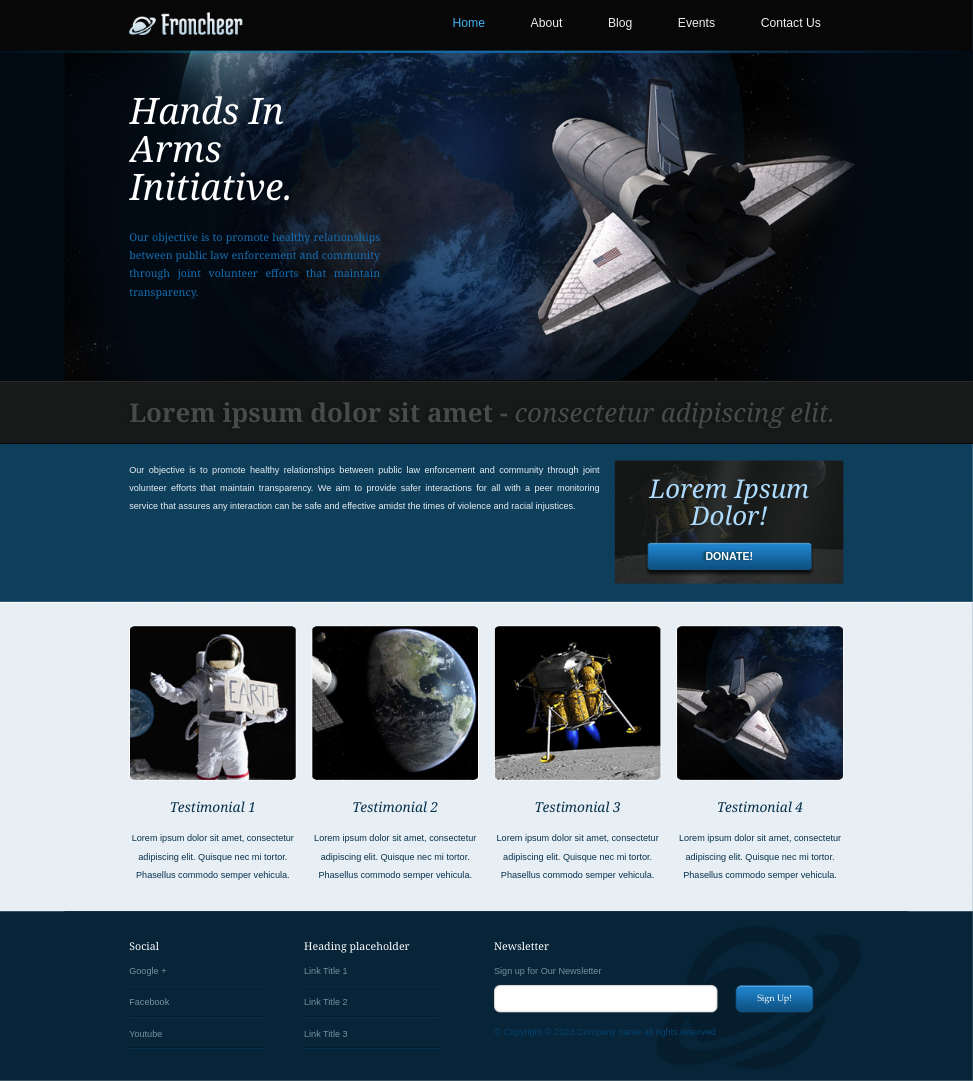
Repository: ojotosin/Hiai
Page: Hiai/index.html
The author's editor kept a copy of each file at every save. The page is drawn from the files as they stood at one save, then again after the next save.
The browser window is 1280 px wide. The pictures show the whole page, at 76% of full size.

Above is the page before, as saved 2022-06-30 22:15:44.

### Hiai/index.html
<!DOCTYPE html>
<!-- Website template by freewebsitetemplates.com -->
<html>
<head>
	<meta charset="UTF-8">
	<title>Hands In Arms Initiative</title>
	<link rel="stylesheet" href="css/style.css" type="text/css">
</head>
<body>
	<div id="header">
		<div class="wrapper clearfix">
			<div id="logo">
				<a href="index.html"><img src="images/logo.png" alt="LOGO"></a>
			</div>
			<ul id="navigation">
				<li class="selected">
					<a href="index.html">Home</a>
				</li>
				<li>
					<a href="about.html">About</a>
				</li>
				<li>
					<a href="blog.html">Blog</a>
				</li>
				<li>
					<a href="gallery.html">Events</a>
				</li>
				<li>
					<a href="contact.html">Contact Us</a>
				</li>
			</ul>
		</div>
	</div>
	<div id="contents">
		<div id="adbox">
			<div class="wrapper clearfix">
				<div class="info">
					<h1>Hands In Arms Initiative.</h1>
					<p>
						Our objective is to promote healthy relationships between public law enforcement and community through joint volunteer efforts that maintain transparency.
					</p>
				</div>
			</div>
			<div class="highlight">
				<h2>Lorem ipsum dolor sit amet - <i>consectetur adipiscing elit.</i></h2>
			</div>
		</div>
		<div class="body clearfix">
			<div class="click-here">
				<h1>Lorem Ipsum Dolor!</h1>
				<a href="index.html" class="btn2">Donate!</a>
			</div>
			<p style="font-size:12px;">
				Our objective is to promote healthy relationships between public law enforcement and community through joint volunteer efforts that maintain transparency. We aim to provide safer interactions for all with a peer monitoring service that assures any interaction can be safe and effective amidst the times of violence and racial injustices.
			</p>
		</div>
	</div>
	<div id="footer">
		<ul id="featured" class="wrapper clearfix">
			<li>
				<img src="images/astronaut.jpg" alt="Img" height="204" width="220">
				<h3><a href="blog.html">Testimonial 1</a></h3>
				<p>
					Lorem ipsum dolor sit amet, consectetur adipiscing elit. Quisque nec mi tortor. Phasellus commodo semper vehicula.
				</p>
			</li>
			<li>
				<img src="images/earth.jpg" alt="Img" height="204" width="220">
				<h3><a href="blog.html">Testimonial 2</a></h3>
				<p>
					Lorem ipsum dolor sit amet, consectetur adipiscing elit. Quisque nec mi tortor. Phasellus commodo semper vehicula.
				</p>
			</li>
			<li>
				<img src="images/spacecraft-small.jpg" alt="Img" height="204" width="220">
				<h3><a href="blog.html">Testimonial 3</a></h3>
				<p>
					Lorem ipsum dolor sit amet, consectetur adipiscing elit. Quisque nec mi tortor. Phasellus commodo semper vehicula.
				</p>
			</li>
			<li>
				<img src="images/space-shuttle.jpg" alt="Img" height="204" width="220">
				<h3><a href="blog.html">Testimonial 4</a></h3>
				<p>
					Lorem ipsum dolor sit amet, consectetur adipiscing elit. Quisque nec mi tortor. Phasellus commodo semper vehicula.
				</p>
			</li>
		</ul>
		<div class="body">
			<div class="wrapper clearfix">
				<div id="links">
					<div>
						<h4>Social</h4>
						<ul>
							<li>
								<a href="#" target="_blank">Google +</a>
							</li>
							<li>
								<a href="#" target="_blank">Facebook</a>
							</li>
							<li>
								<a href="#" target="_blank">Youtube</a>
							</li>
						</ul>
					</div>
					<div>
						<h4>Heading placeholder</h4>
						<ul>
							<li>
								<a href="index.html">Link Title 1</a>
							</li>
							<li>
								<a href="index.html">Link Title 2</a>
							</li>
							<li>
								<a href="index.html">Link Title 3</a>
							</li>
						</ul>
					</div>
				</div>
				<div id="newsletter">
					<h4>Newsletter</h4>
					<p>
						Sign up for Our Newsletter
					</p>
					<form action="index.html" method="post">
						<input type="text" value="">
						<input type="submit" value="Sign Up!">
					</form>
				</div>
				<p class="footnote">
					© Copyright © 2023.Company name all rights reserved
				</p>
			</div>
		</div>
	</div>
</body>
</html>

### Hiai/css/style.css
/* Website template by freewebsitetemplates.com */
@font-face {
	font-family: 'PTSerif-Caption';
	src: url('../fonts/PT_Serif-Caption-Web-Regular.eot');
	src: local('☺'), url('../fonts/PT_Serif-Caption-Web-Regular.woff') format('woff'), url('../fonts/PT_Serif-Caption-Web-Regular.ttf') format('truetype'), url('../fonts/PT_Serif-Caption-Web-Regular.svg') format('svg');
	font-weight: normal;
	font-style: normal;
}
body {
	background: url(../images/bg-body.jpg) repeat left top;
	font-family: Arial, Helvetica, sans-serif;
	min-width: 960px;
	margin: 0;
}
img {
	border: 0;
}
.wrapper {
	width: 960px;
	margin: 0 auto;
}
.clearfix:after {
	clear:both;
	content:"";
	display:block;
	height:1%;
	line-height:0;
	visibility:hidden;
}
/*------------------------------ HEADER ------------------------------*/
.btn1, .btn2, .btn3, #newsletter input {
	background: url(../images/interface.png) no-repeat;
}
.btn1, .btn2, .btn3 {
	color: #fdfdfd;
	display: inline-block;
	font-size: 14px;
	font-weight: bold;
	text-align: center;
	text-decoration: none;
	text-shadow: -3px 0 3px #053131;
	text-transform: uppercase;
}
.btn1 {
	background-position: 0 0;
	height: 34px;
	line-height: 34px;
	width: 202px;
	padding: 0 3px 9px;
}
.btn2 {
	background-position: 0 -53px;
	height: 37px;
	line-height: 37px;
	width: 216px;
	padding: 0 3px 8px;
}
.btn3 {
	background-position: 0 -108px;
	font: 22px/49px Georgia, "Times New Roman", Times, serif;
	height: 49px;
	width: 222px;
}
.btn1:hover {
	background-position: -222px 0;
}
.btn2:hover {
	background-position: -232px -53px;
}
.btn3:hover {
	background-position: -232px -108px;
}
/*------------------------------ HEADER ------------------------------*/
#header {
	background: url(../images/bg-header.png) repeat-x center top;
	height: 50px;
	padding: 16px 0 0;
	text-align: right;
}
/** Logo **/
#logo {
	float: left;
	display: inline-block;
	margin-left: 10px;
}
/** Navigation **/
#navigation {
	display: inline-block;
	height: 30px;
	list-style: none;
	margin: 0 10px;
	padding: 0;
*width: 516px; /** Needed for IE7 **/
}
#navigation li {
	float: left;
	margin: 0 30px;
}
#navigation li:first-child {
	margin-left: 0;
}
#navigation li a {
	color: #efefef;
	line-height: 30px;
	padding: 0;
	text-decoration: none;
}
#navigation li a:hover, #navigation li.selected a {
	color: #44b2f1;
}
/*------------------------------ CONTENTS ------------------------------*/
#contents {
	background: url(../images/bg-content.png) repeat-x center top;
	margin: 0 0 24px;
	padding: 56px 0 0;
}
#contents h1, #featured h3 {
	color: #fbfdfd;
	font: italic 34px Georgia, "Times New Roman", Times, serif;
	font-style: italic;
	margin: 0 0 18px;
}
#contents p {
	color: #e8eff4;
	font-size: 14px;
	line-height: 24px;
	margin: 0;
	padding: 0 0 30px;
	text-align: justify;
}
#contents p a {
	color: #e8eff4;
}
#contents p a:hover {
	color: #0aa3fa;
}
#contents p b {
	display: block;
}
#contents .body {
	width: 940px;
	margin: 0 auto;
	padding: 0 10px;
}
#contents .click-here {
	float: right;
	background: url(../images/spacecraft.jpg) no-repeat center top;
	display: inline-block;
	height: 162px;
	width: 301px;
	margin-left: 20px;
	text-align: center;
}
#contents .click-here h1 {
	color: #addcfe;
	font-style: italic;
	line-height: 36px;
	margin: 18px 0;
}
/** adbox **/
#adbox {
	background: #020a13 url(../images/bg-adbox.jpg) no-repeat center top;
	font-family: Georgia, "Times New Roman", Times, serif;
	min-height: 433px;
	margin: -56px 0 22px;
/** Needed for IE7 **/
*margin: 0;
*position: relative;
*top: -56px;
}
#adbox .wrapper {
	width: 940px;
	padding: 54px 10px 26px;
}
#adbox .info {
	height: 354px;
	width: 330px;
	overflow: hidden;
}
#adbox h1 {
	color: #ffffff;
	font-size: 48px;
	font-style: italic;
	line-height: 50px;
	margin-bottom: 30px;
}
#adbox p {
	color: #176eb0;
	font-size: 14px;
	line-height: 24px;
}
#adbox p a {
	color: #176eb0;
}
#adbox div.highlight {
	background: #171a1a url(../images/adbox-bg-heading.jpg) repeat-x left top;
	min-height: 82px;
	border-color: #000;
	border-style: solid none;
	border-width: 1px;
}
#adbox div.highlight h2 {
	color: #484b4b;
	font-size: 34px;
	line-height: 82px;
	width: 940px;
	margin: 0 auto;
	padding: 0 10px;
	text-shadow: -3px 0 3px #121413;
}
#adbox div.highlight h2 i {
	font-weight: normal;
}
/** main **/
.main {
	padding: 0 10px;
}
/** sidebar **/
#sidebar {
	float: right;
	width: 220px;
	margin: 0 10px 0 80px;
}
#sidebar ul {
	list-style: none;
	margin: 0 0 80px;
	padding: 0;
}
#sidebar > ul li {
	margin: 0 0 16px;
}
#sidebar > ul li img {
	border: 4px solid #fff;
	border-radius: 3px;
}
#sidebar > ul li a:hover {
	filter:alpha(opacity=80);
	opacity:0.8;
}
#sidebar .click-here {
	background: url(../images/spacecraft-dark.jpg) no-repeat center top;
	display: inline-block;
	height: 162px;
	width: 221px;
	margin-left: 20px;
	text-align: center;
}
/** time **/
.time {
	color: #2986bb;
	font-size: 12px;
}
/** list **/
.list {
	list-style: none;
	margin: 0;
	padding: 0;
}
.list li span.time {
	float: right;
	margin-top: 6px;
}
.list li h4 {
	color: #fbfdfd;
	font-size: 16px;
	line-height: 24px;
	margin: 0;
	text-transform: uppercase;
}
.list li {
	padding: 0 0 48px;
}
#contents .list li p {
	padding: 0;
}
.list li a.more {
	float: right;
	color: #34b0fb;
	display: inline-block;
	font-size: 14px;
}
.list li a.more:hover {
	color: #c3e9fe;
}
/** pagination **/
.pagination {
	display: inline-block;
	list-style: none;
	margin: 0;
	padding: 0;
}
.pagination li {
	float: left;
	font: 12px Arial, Helvetica, sans-serif;
	margin: 0 2px;
}
.pagination li a {
	color: #36b4fd;
	padding: 3px;
	text-decoration: none;
}
.pagination li a:hover, #pagination li.selected a {
	color: #95d3f9;
}
/** gallery **/
#gallery #sidebar, #contact #sidebar {
	margin-left: 10px;
}
#gallery .photos {
	margin: 0 0 20px;
}
#gallery .viewer {
	margin: 0 0 18px;
}
#gallery .photos > ul {
	background-color: #072a3e;
	display: inline-block;
	list-style: none;
	margin: 0;
	padding: 12px 15px;
}
#gallery .photos > ul li {
	float: left;
	margin: 0 9px;
	position: relative;
}
#gallery .photos > ul li a:hover span.cover {
	background-color: #e8eff4;
	display: block;
	height: 96px;
	width: 100%;
	opacity: 0.49;
	position: absolute;
	top: 0;
	left: 0;
}
/** Contact **/
#contact form {
	width: 709px;
}
#contact form ul {
	list-style: none;
	margin: 0;
	padding: 0;
}
#contact form ul li {
	display: inline-block;
	width: 100%;
	margin: 0 0 18px;
}
#contact form ul li > label {
	float: right;
	color: #e8eff4;
	display: inline-block;
	font: italic 14px/36px 'PTSerif-Caption';
	width: 230px;
}
#contact form ul li > label.msg {
	margin-bottom: 60px;
	padding-top: 80px;
}
#contact form ul li:hover > label {
	color: #2da6fc;
}
#contact textarea {
	float: left;
	background-color: #fff;
	color: #060606;
	font: 14px/36px Arial, Helvetica, sans-serif;
	height: 367px;
	width: 450px;
	border: 0;
	margin: 0 10px 0 0;
	padding-left: 10px;
	overflow: auto;
}
#contact form ul li div {
	display: inline-block;
	width: 225px;
	margin: 50px 0;
	padding-left: 5px;
}
#contact form ul li div label {
	color: #fcc43d;
	display: inline-block;
	font: 12px Arial, Helvetica, sans-serif;
	font-weight: normal;
}
#contact input[type='text'] {
	background-color: #fff;
	color: #060606;
	font: 14px/36px Arial, Helvetica, sans-serif;
	height: 36px;
	width: 440px;
	border: 0;
	margin-right: 10px;
	padding: 0 10px;
}
#contact input[type='checkbox'] {
	background-position: 0 0;
	height: 13px;
	width: 12px;
	border: 0;
	margin-left: 0;
	margin-right: 10px;
	padding: 0;
}
#contact input[type='submit'] {
	cursor: pointer;
	border: 0;
	margin-top: 3px;
	margin-left: 5px;
}
#contact div.checkbox label {
	cursor: pointer;
}
/*------------------------------ FOOTER ------------------------------*/
#footer {
	background-color: #e8eff4;
	border-top: 1px solid #fdfcfc;
}
#footer .body {
	background: #072438 url(../images/bg-footer.jpg) no-repeat center top;
	min-height: 136px;
	padding: 36px 0;
}
#footer h4 {
	color: #fff;
	font: normal 14px Georgia, "Times New Roman", Times, serif;
	margin: 0 0 12px;
}
#footer p {
	color: #7890a1;
	font-size: 12px;
	line-height: 24px;
	margin: 0;
	padding: 0 0 6px;
}
/** featured **/
#featured {
	display: block;
	list-style: none;
	width: 960px;
	margin: 0 auto;
	padding: 30px 0;
}
#featured li {
	float: left;
	width: 220px;
	margin: 0 10px;
	text-align: center;
}
#featured li h3 {
	color: #07304d;
	font-size: 18px;
	margin: 18px 0;
}
#featured li h3 a {
	color: #07304d;
	text-decoration: none;
}
#featured li h3 a:hover {
	color: #51a9e9;
}
#featured li p {
	color: #07304d;
	font-size: 12px;
	text-align: center;
}
/** links **/
#links {
	float: left;
	width: 460px;
	margin: 0 10px;
}
#links > div {
	float: left;
	width: 230px;
}
#links ul {
	list-style: none;
	width: 178px;
	margin: 0;
	padding: 0;
}
#links ul li {
	background: url(../images/border-footer.png) repeat-x left bottom;
	margin: 0 0 6px;
	padding: 3px 0 8px;
}
#links ul li:first-child {
	padding-top: 0;
}
#links ul li a {
	color: #7890a1;
	font-size: 12px;
	line-height: 24px;
	text-decoration: none;
}
#links ul li a:hover {
	color: #e8eff4;
}
/** newsletter **/
#newsletter {
	float: left;
	width: 460px;
	margin: 0 10px 10px;
}
#newsletter form {
	display: inline-block;
}
#newsletter input {
	float: left;
	font: 12px/36px "Palatino Linotype", "Book Antiqua", Palatino, serif;
	height: 36px;
	border: 0;
	margin: 0;
	padding: 0;
}
#newsletter input[type='text'] {
	background-position: 0 bottom;
	width: 282px;
	margin-right: 24px;
	padding-left: 6px;
	padding-right: 6px
}
#newsletter input[type='submit'] {
	background-position: -304px bottom;
	color: #fff;
	cursor: pointer;
	width: 102px;
}
#newsletter input[type='submit']:hover {
	background-position: right bottom;
}
#footer .footnote {
	float: right;
	display: inline-block;
	color: #03436f;
	width: 460px;
	margin-right: 10px;
}

After the next save:
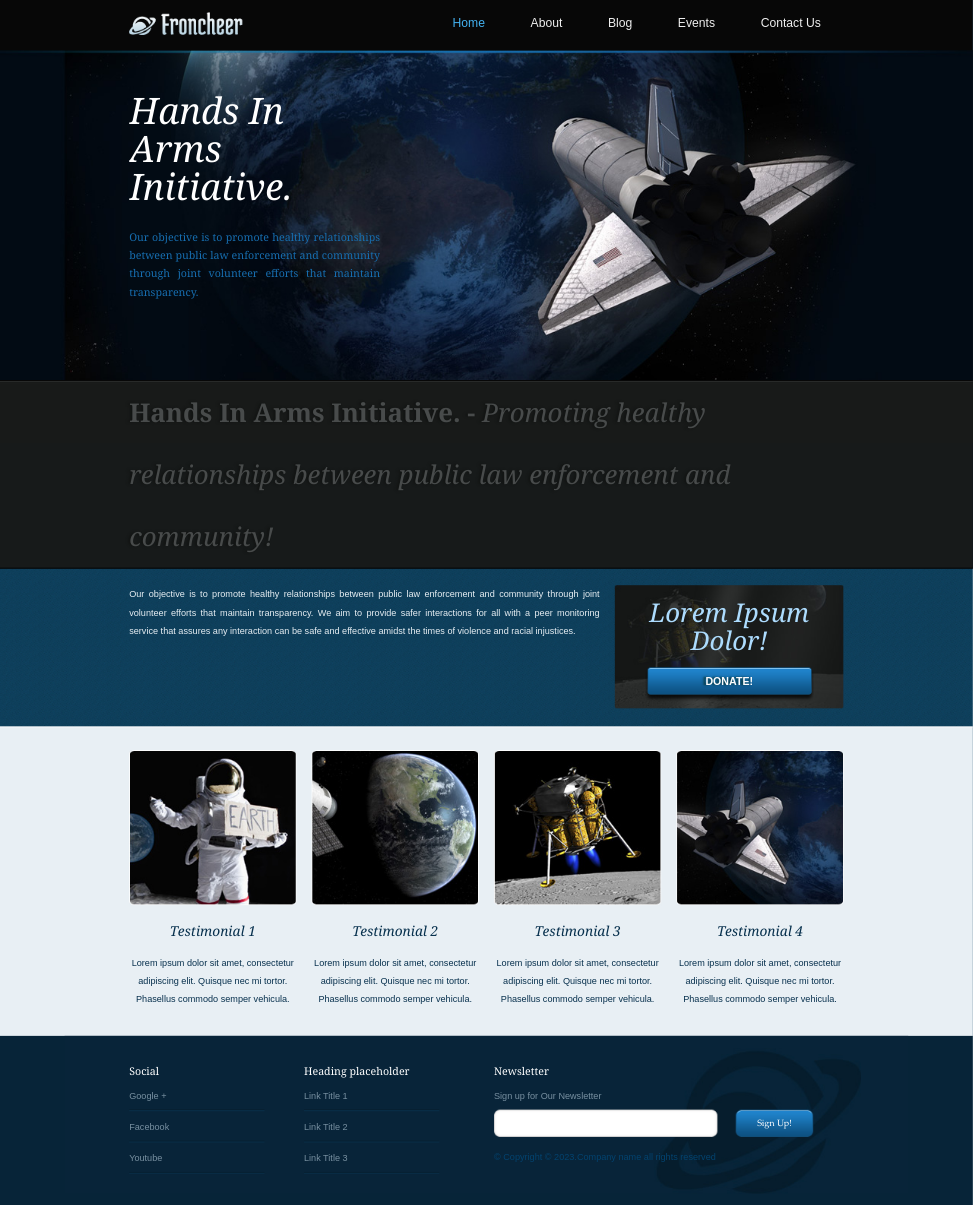
Saved 88 s later.
--- a/Hiai/index.html
+++ b/Hiai/index.html
@@ -42,7 +42,7 @@
 				</div>
 			</div>
 			<div class="highlight">
-				<h2>Lorem ipsum dolor sit amet - <i>consectetur adipiscing elit.</i></h2>
+				<h2>Hands In Arms Initiative. - <i>Promoting healthy relationships between public law enforcement and community!</i></h2>
 			</div>
 		</div>
 		<div class="body clearfix">

After the save that followed:
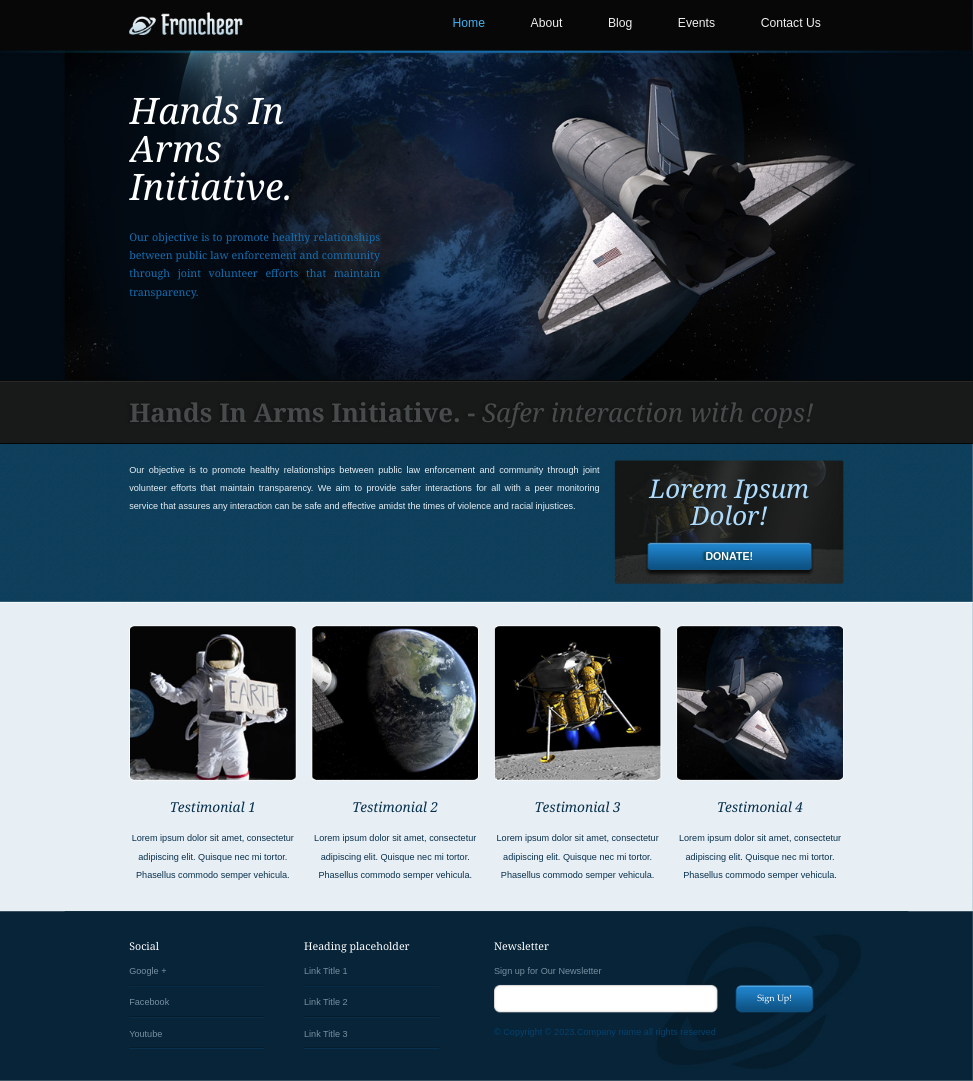
Saved 74 s later.
--- a/Hiai/index.html
+++ b/Hiai/index.html
@@ -42,7 +42,7 @@
 				</div>
 			</div>
 			<div class="highlight">
-				<h2>Hands In Arms Initiative. - <i>Promoting healthy relationships between public law enforcement and community!</i></h2>
+				<h2>Hands In Arms Initiative. - <i>Safer interaction with cops!</i></h2>
 			</div>
 		</div>
 		<div class="body clearfix">
